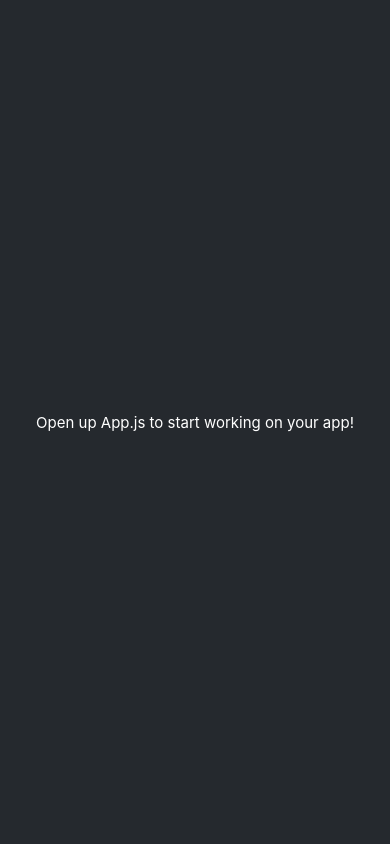
Repository: Ghostlybot16/Capstone_Proj
Screen: /
An editor plug-in stored every save of this project. The screen is shown before and after the next save, followed by the edit.
The app was drawn by React Native's web renderer in a window 390 px wide. The project was rebuilt for these pictures with package versions that can differ from the ones it lists, and the page was loaded fresh each time.

Above is the screen before, as saved 2024-09-21 09:22:53.

After the next save:
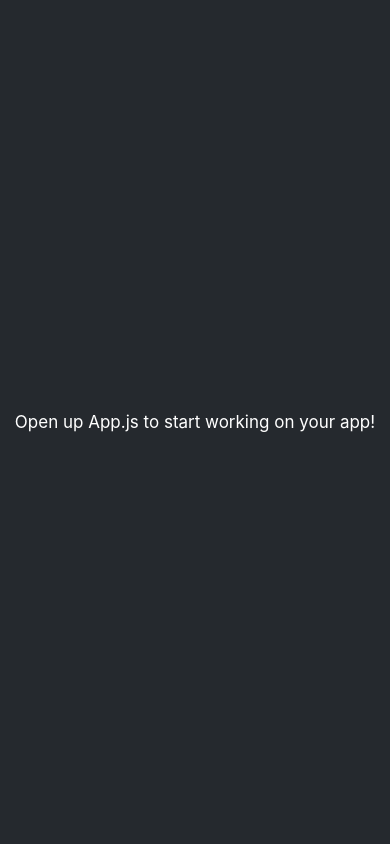
Saved 6 s later.
--- a/App.js
+++ b/App.js
@@ -4,7 +4,7 @@ import { StyleSheet, Text, View } from 'react-native';
 export default function App() {
   return (
     <View style={styles.container}>
-      <Text style={{color:"#fff", fontSize:"15px"}}>Open up App.js to start working on your app!</Text>
+      <Text style={{color:"#fff", fontSize:"17px"}}>Open up App.js to start working on your app!</Text>
       <StatusBar style="auto" />
     </View>
   );
